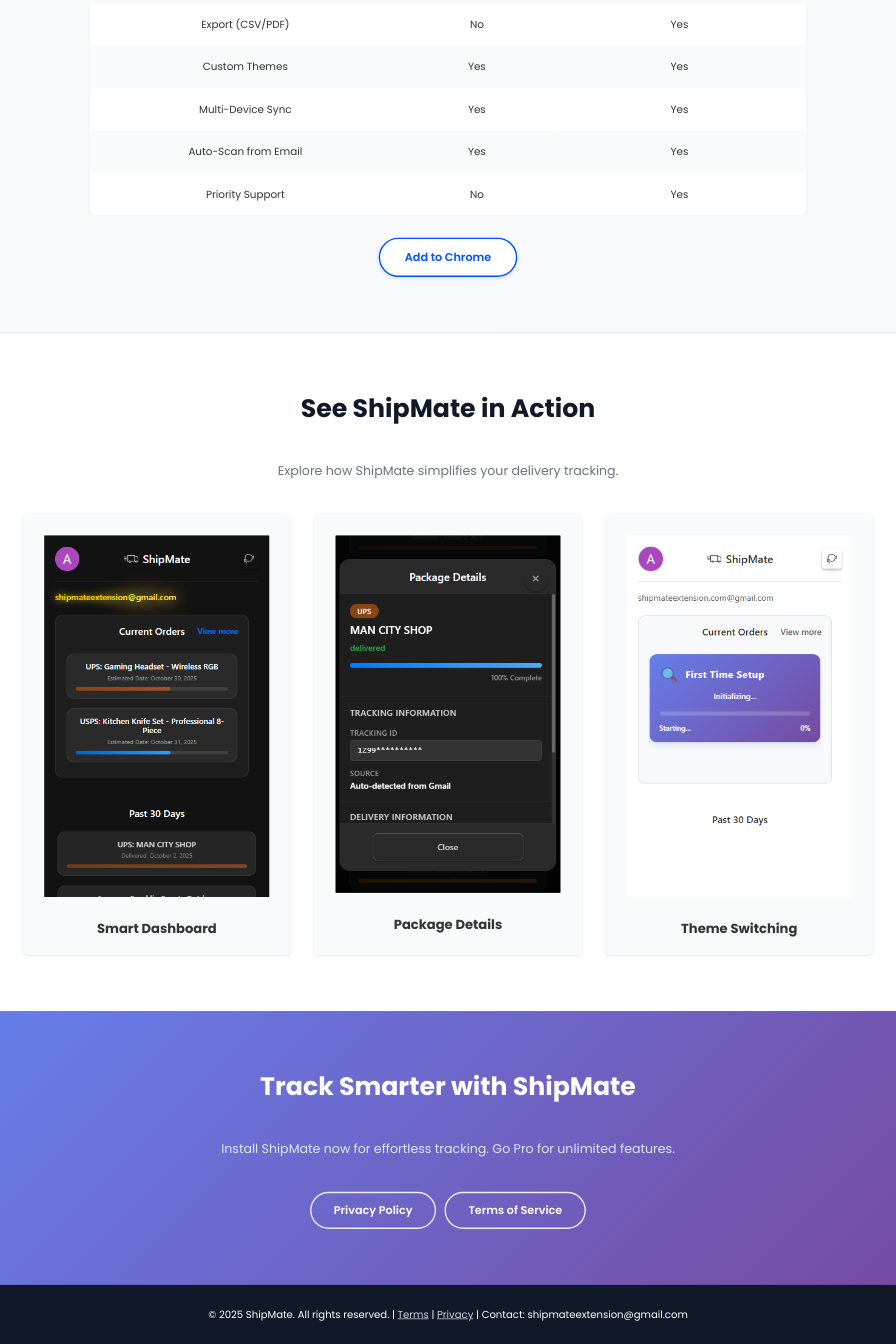
Repository: epeguero8311/shipmate-website
Page: index.html
An editor plug-in stored every save of this project. The page is shown before and after the next save, followed by the edit.
The browser window is 1280 px wide. The pictures show the part of the page from y = 1342 to 3262 px (the page is 3262 px tall before and 2781 px after), at 70% of full size.

Above is the page before, as saved 2025-10-29 14:51:59.

### index.html
<!DOCTYPE html>
<html lang="en">
<head>
  <meta charset="UTF-8" />
  <meta name="viewport" content="width=device-width, initial-scale=1 insulated-scale=1.0" />
  <title>ShipMate – Package Tracking Chrome Extension</title>
  <meta name="description" content="ShipMate lets you track all your packages effortlessly, straight from your Gmail inbox." />
  <link rel="icon" href="assets/icon.png" type="image/png" />
  <link href="https://fonts.googleapis.com/css2?family=Poppins:wght@400;600;700&display=swap" rel="stylesheet">
  <link rel="stylesheet" href="styles.css" />
</head>
<body>

  <!-- HEADER -->
  <header class="header">
    <div class="header-container">
      <div class="header-logo-title">
        <h1 class="header-title">ShipMate</h1>
        <img src="assets/icon.png" alt="ShipMate Logo" class="header-logo" />
      </div>
      <p class="header-subtitle">Track your packages effortlessly, straight from your Gmail inbox.</p>
      <div class="header-buttons">
        <a href="https://chromewebstore.google.com/detail/[your-extension-id]" class="btn btn-primary">Add to Chrome</a>
      </div>
    </div>
  </header>

  <!-- WHY SHIPMATE -->
  <section class="section">
    <div class="section-container">
      <h2 class="section-title">Why ShipMate?</h2>
      <p class="section-subtitle">ShipMate transforms package tracking with a clean, intuitive interface, pulling delivery details directly from Gmail.</p>
      <div class="grid">
        <div class="card fade-in">
          <h3 class="card-title">Auto-Tracking</h3>
          <p class="card-text">Instantly pulls tracking info from your Gmail and updates automatically.</p>
        </div>
        <div class="card fade-in">
          <h3 class="card-title">Smart Dashboard</h3>
          <p class="card-text">Organizes "In Progress" packages with powerful sorting and filtering.</p>
        </div>
        <div class="card fade-in">
          <h3 class="card-title">Customizable UI</h3>
          <p class="card-text">Toggle between light and dark modes for a tailored experience.</p>
        </div>
      </div>
    </div>
  </section>

  <!-- FREE VS PRO -->
  <section class="section-alt">
    <div class="section-container">
      <h2 class="section-title">Free vs Pro</h2>
      <div class="table-wrapper">
        <table class="table">
          <thead>
            <tr class="table-header">
              <th>Feature</th>
              <th>Free</th>
              <th>Pro ($4.99/mo)</th>
            </tr>
          </thead>
          <tbody>
            <tr><td>Package Tracking Limit</td><td>2 active</td><td>Unlimited</td></tr>
            <tr><td>Details View</td><td>No</td><td>Yes</td></tr>
            <tr><td>Smart ETA</td><td>No</td><td>Yes</td></tr>
            <tr><td>Advanced Filters</td><td>Basic</td><td>Store, Carrier, etc.</td></tr>
            <tr><td>Export (CSV/PDF)</td><td>No</td><td>Yes</td></tr>
            <tr><td>Custom Themes</td><td>Yes</td><td>Yes</td></tr>
            <tr><td>Multi-Device Sync</td><td>Yes</td><td>Yes</td></tr>
            <tr><td>Auto-Scan from Email</td><td>Yes</td><td>Yes</td></tr>
            <tr><td>Priority Support</td><td>No</td><td>Yes</td></tr>
          </tbody>
        </table>
      </div>
      <div class="header-buttons" style="margin-top: 2rem;">
        <a href="https://chromewebstore.google.com/detail/[your-extension-id]" class="btn2 btn2-primary">Add to Chrome</a>
      </div>
    </div>
  </section>

  <!-- SCREENSHOTS -->
  <section class="section">
    <div class="section-container">
      <h2 class="section-title">See ShipMate in Action</h2>
      <p class="section-subtitle">Explore how ShipMate simplifies your delivery tracking.</p>
      <div class="grid grid-screenshots">
        <div class="card fade-in">
          <img src="assets/screenshot1.png" class="screenshot-img" alt="Dashboard">
          <h3>Smart Dashboard</h3>
        </div>
        <div class="card fade-in">
          <img src="assets/screenshot2.png" class="screenshot-img" alt="Package Details">
          <h3>Package Details</h3>
        </div>
        <div class="card fade-in">
          <img src="assets/screenshot3.png" class="screenshot-img" alt="Dark Mode">
          <h3>Theme Switching</h3>
        </div>
      </div>
    </div>
  </section>

  <!-- CTA -->
  <section class="cta">
    <div class="cta-container">
      <h2 class="section-title">Track Smarter with ShipMate</h2>
      <p class="section-subtitle">Install ShipMate now for effortless tracking. Go Pro for unlimited features.</p>
      <div class="header-buttons">
        <a href="privacy.html" class="btn btn-secondary">Privacy Policy</a>
        <a href="terms.html" class="btn btn-secondary">Terms of Service</a>
      </div>
    </div>
  </section>

  <!-- FOOTER -->
  <footer class="footer">
    <div class="footer-container">
      <p>
        &copy; 2025 ShipMate. All rights reserved. |
        <a href="terms.html" class="link">Terms</a> |
        <a href="privacy.html" class="link">Privacy</a> |
        Contact: shipmateextension@gmail.com
      </p>
    </div>
  </footer>

</body>
</html>

### styles.css
@import url('https://fonts.googleapis.com/css2?family=Poppins:wght@400;600;700&display=swap');

/* ========================================
   GLOBAL & RESET
   ======================================== */
* {
  margin: 0;
  padding: 0;
  box-sizing: border-box;
}

html {
  scroll-behavior: smooth;
  -ms-overflow-style: none;
  scrollbar-width: none;
}

html::-webkit-scrollbar { display: none; }

body {
  background: linear-gradient(135deg, #667eea 0%, #764ba2 100%);
  margin: 0;
  font-family: 'Poppins', sans-serif;
  -webkit-font-smoothing: antialiased;
  color: #333;
}

/* ========================================
   HEADER
   ======================================== */
.header {
  background: linear-gradient(135deg, #667eea 0%, #764ba2 100%);
  color: white;
  padding: 4rem 0;
  text-align: center;
}

.header-container {
  max-width: 100%;
  padding: 0 1rem;
}

.header-logo-title {
  display: flex;
  align-items: center;
  justify-content: center;
  gap: 1rem;
  flex-wrap: wrap;
}

.header-logo {
  width: 60px;
  height: 60px;
  border-radius: 12px;
}

.header-title {
  font-size: 2.25rem;
  font-weight: 800;
  letter-spacing: -0.025em;
  animation: fadeIn 1s forwards;
}

@media (min-width: 768px) {
  .header-title { font-size: 3rem; }
}

.header-subtitle {
  margin-top: 1rem;
  font-size: 1.125rem;
  color: #DBEAFE;
  max-width: 32rem;
  margin-left: auto;
  margin-right: auto;
}

@media (min-width: 768px) {
  .header-subtitle { font-size: 1.25rem; }
}

/* ========================================
   BUTTONS
   ======================================== */
.header-buttons {
  display: flex;
  gap: 12px;
  justify-content: center;
  align-items: center;
  flex-wrap: wrap;
  margin-top: 20px;
}

/* Primary Button (White with blue text) */
.btn {
  display: inline-block;
  font-weight: 600;
  padding: 0.75rem 2rem;
  border-radius: 9999px;
  text-decoration: none;
  transition: all 0.3s ease;
  font-size: 1rem;
}

.btn-primary {
  background-color: white;
  color: #2563EB;
}

.btn-primary:hover {
  transform: scale(1.05);
  background-color: #EFF6FF;
  box-shadow: 0 4px 12px rgba(37, 99, 235, 0.2);
}

/* Secondary Buttons (CTA footer) */
.btn-secondary {
  background: transparent;
  color: #ffffff;
  border: 2px solid #ececec;
  padding: 0.75rem 2rem;
  border-radius: 9999px;
  font-weight: 600;
  font-size: 1rem;
  text-decoration: none;
}

.btn-secondary:hover {
  background: #667eea;
  color: white;
  transform: translateY(-2px);
  box-shadow: 0 4px 12px rgba(102, 126, 234, 0.3);
}

/* btn2-primary – Blue Border Button (Free vs Pro) */
.btn2 {
  display: inline-block;
  font-weight: 600;
  padding: 0.85rem 2.2rem;
  border-radius: 9999px;
  text-decoration: none;
  transition: all 0.3s ease;
  font-size: 1rem;
  border: 2.5px solid transparent;
}

.btn2-primary {
  background: white;
  color: #0051ff;
  border: 2.5px solid #0051ff;
  box-shadow: 0 2px 8px rgba(0, 81, 255, 0.15);
}

.btn2-primary:hover {
  background: #f0f5ff;
  border-color: #0044cc;
  transform: translateY(-2px) scale(1.03);
  box-shadow: 0 6px 16px rgba(0, 81, 255, 0.25);
}

/* ========================================
   SECTIONS
   ======================================== */
.section, .section-alt, .cta {
  padding: 5rem 0;
}

.section { background-color: white; }
.section-alt { background-color: #F9FAFB; }

.section-container, .cta-container {
  max-width: 100%;
  padding: 0 1rem;
  margin: 0 auto;
}

.section-title {
  font-size: 1.875rem;
  font-weight: 700;
  color: #111827;
  text-align: center;
  margin-bottom: 3rem;
  animation: fadeIn 1s forwards;
}

@media (min-width: 768px) {
  .section-title { font-size: 2.25rem; }
}

.section-subtitle {
  text-align: center;
  color: #6B7280;
  margin-bottom: 3rem;
  max-width: 48rem;
  margin-left: auto;
  margin-right: auto;
  font-size: 1.125rem;
}

/* ========================================
   GRID & CARDS
   ======================================== */
.grid {
  display: grid;
  gap: 2rem;
  padding: 0 1rem;
}

@media (min-width: 768px) {
  .grid { grid-template-columns: repeat(3, 1fr); }
}

.grid-screenshots {
  display: grid;
  gap: 2rem;
  padding: 0 1rem;
}

@media (min-width: 768px) {
  .grid-screenshots { grid-template-columns: repeat(3, 1fr); }
}

@media (max-width: 767px) {
  .grid-screenshots { grid-template-columns: 1fr; }
}

.card {
  text-align: center;
  padding: 1.5rem;
  background-color: #F9FAFB;
  border-radius: 0.5rem;
  box-shadow: 0 1px 3px rgba(0, 0, 0, 0.1);
  transition: transform 0.3s ease;
}

.card:hover { transform: scale(1.05); }

.card-title {
  font-size: 1.25rem;
  font-weight: 600;
  color: #1F2937;
  margin: 1rem 0 0.5rem;
}

.card-text { color: #6B7280; }

.screenshot-img {
  width: 100%;
  height: auto;
  border-radius: 0.5rem;
  margin-bottom: 1rem;
  border: 3px solid transparent;
  padding: 4px;
  box-sizing: border-box;
}

/* ========================================
   TABLE
   ======================================== */
.table-wrapper {
  overflow-x: auto;
  padding: 0 1rem;
  margin: 2rem 0;
}

.table {
  width: 100%;
  max-width: 64rem;
  margin: 0 auto;
  background-color: white;
  border-radius: 0.5rem;
  box-shadow: 0 1px 3px rgba(0, 0, 0, 0.1);
  border-collapse: collapse;
}

.table-header {
  background: linear-gradient(135deg, #667eea 0%, #764ba2 100%);
  color: white;
}

.table th, .table td {
  padding: 1.2rem 1.5rem;
  text-align: center;
  font-size: 0.925rem;
  font-weight: 500;
}

.table th { text-align: left; }

.table tbody tr:nth-child(even) {
  background-color: #f9fafc;
}

.table tbody tr:hover {
  background-color: #f1f5f9;
}

/* ========================================
   CTA & FOOTER
   ======================================== */
.cta {
  background: linear-gradient(135deg, #667eea 0%, #764ba2 100%);
  color: white;
  text-align: center;
}

.cta .section-title { color: white; }
.cta .section-subtitle { color: #DBEAFE; }

.footer {
  background-color: #111827;
  color: white;
  text-align: center;
  padding: 2rem 1rem;
  font-size: 0.9rem;
}

.footer-container { max-width: 100%; padding: 0 1rem; }

.link {
  color: #D1D5DB;
  text-decoration: underline;
}

.link:hover { color: white;; }

/* ========================================
   ANIMATIONS
   ======================================== */
.fade-in {
  opacity: 0;
  animation: fadeIn 1s forwards;
}

@keyframes fadeIn {
  to { opacity: 1; }
}

After the next save:
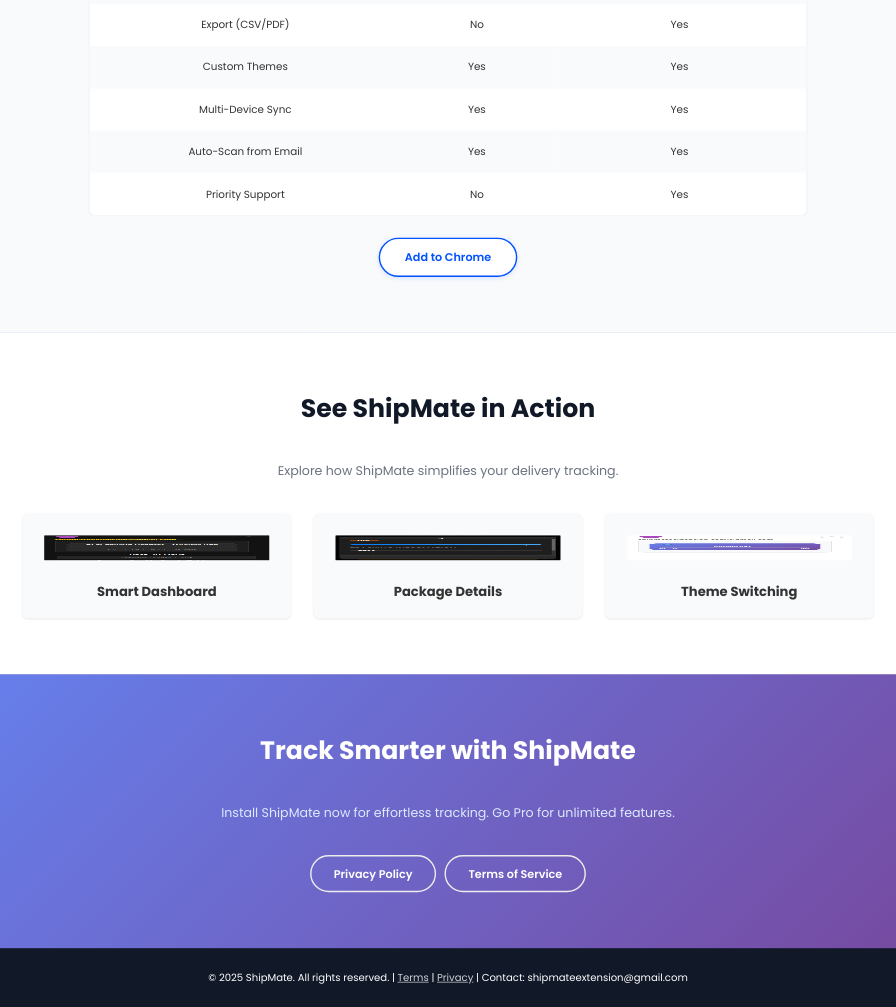
Saved 4 h 18 min later.
--- a/styles.css
+++ b/styles.css
@@ -245,7 +245,7 @@
 
 .screenshot-img {
   width: 100%;
-  height: auto;
+  height: 50px;
   border-radius: 0.5rem;
   margin-bottom: 1rem;
   border: 3px solid transparent;
